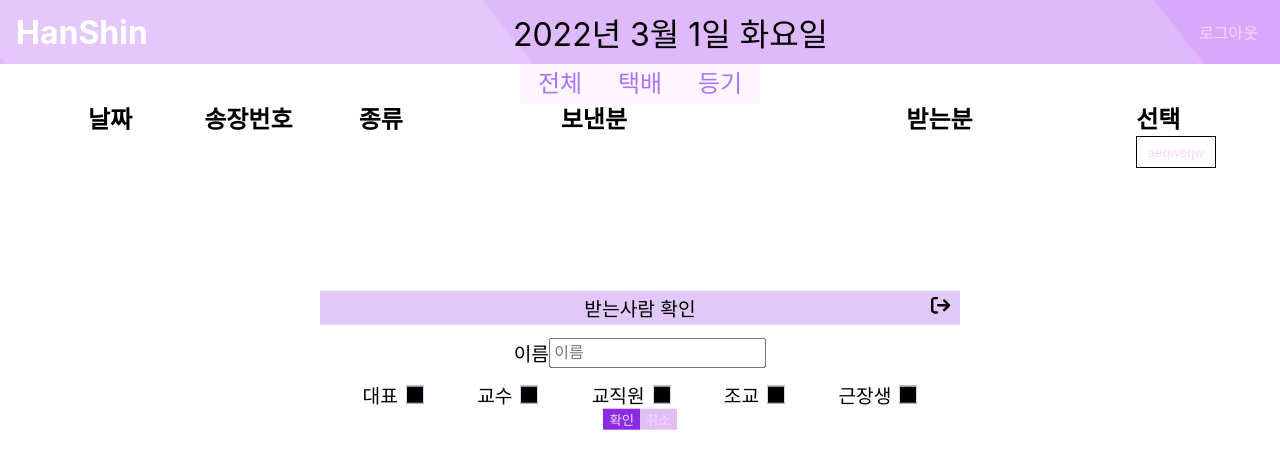
Repository: SeungYn/hanshinClient
Page: /, after clicking the first element matching `button.package_d2e76_submitBtn`
These files come from the project's save history. The page is drawn as it stood at one moment and after the next save; the edit follows.
The browser window is 1280 px wide. The pictures show the whole page.
The page's requests for data from a server got no answer. The project was rebuilt for these pictures with package versions that can differ from the ones it lists, and the page was loaded fresh each time. No one was signed in, and anything a server would have sent is missing. Also part of the build but not shown: src/App.css, src/components/item/item.jsx, src/components/addboxs/addBoxs.jsx.

Above is the page before, as saved 2022-03-01 02:29:59.

### public/index.html
<!DOCTYPE html>
<html lang="en">
  <head>
    <meta charset="utf-8" />
    <link rel="icon" href="%PUBLIC_URL%/favicon.ico" />
    <meta name="viewport" content="width=device-width, initial-scale=1" />
    <meta name="theme-color" content="#000000" />
    <meta
      name="description"
      content="Web site created using create-react-app"
    />
  </head>
  <body>
    <div id="root"></div>
  </body>
</html>

### src/index.css
html {
  height: 100%;
}
body {
  margin: 0;
  font-family: -apple-system, BlinkMacSystemFont, 'Segoe UI', 'Roboto', 'Oxygen',
    'Ubuntu', 'Cantarell', 'Fira Sans', 'Droid Sans', 'Helvetica Neue',
    sans-serif;
  -webkit-font-smoothing: antialiased;
  -moz-osx-font-smoothing: grayscale;
  height: 100%;
}
h1 {
  margin: 0;
}
code {
  font-family: source-code-pro, Menlo, Monaco, Consolas, 'Courier New',
    monospace;
}

* {
  box-sizing: border-box;
}
p,
h2 {
  margin: 0;
  padding: 0;
}

ul {
  list-style: none;
  margin: 0;
  padding: 0;
}

### src/App.jsx
import './App.css';
import Header from './components/header/header';
import Package from './components/package/package';
import { Route, Routes } from 'react-router-dom';
import AddBoxs from './components/addboxs/addBoxs';
function App() {
  return (
    <div className='app'>
      <Header />
      <Routes>
        <Route exact path='/' element={<Package />} />
        <Route exact path='/add' element={<AddBoxs />} />
      </Routes>
    </div>
  );
}

export default App;

### src/components/header/header.jsx
import React, { useEffect, useState } from 'react';
import styles from './header.module.css';

const Header = (props) => {
  const [date, setDate] = useState(new Date());
  const [month, setMonth] = useState('');
  const [year, setYear] = useState('');
  const [day, setDay] = useState('');
  const [dates, setDates] = useState('');

  useEffect(() => {
    setMonth(date.getMonth() + 1);
    switch (date.getDay()) {
      case 0:
        setDay('일');
        break;
      case 1:
        setDay('월');
        break;
      case 2:
        setDay('화');
        break;
      case 3:
        setDay('수');
        break;
      case 4:
        setDay('목');
        break;
      case 5:
        setDay('금');
        break;
      case 6:
        setDay('토');
        break;
    }
    setYear(date.getFullYear());
    setDates(date.getDate());
  }, [date, month, year, dates, day]);

  return (
    <header className={styles.headers}>
      <h1 className={styles.title}>HanShin</h1>
      <p
        className={styles.day}
      >{`${year}년 ${month}월 ${dates}일 ${day}요일`}</p>
      <nav className={styles.menu}>
        <button className={styles.menu__item}>로그아웃</button>
      </nav>
    </header>
  );
};

export default Header;

### src/components/package/package.jsx
import React, { useEffect, useState } from 'react';
import Item from '../item/item';
import ReceiverInput from '../receiverInput/receiverInput';
import styles from './package.module.css';

const Package = (props) => {
  const [item, setItem] = useState([]);

  const [selectedPackages, setSelectedPackages] = useState([]);
  const [receiverInputActivate, setReceiverInputActivate] = useState(false);

  const addList = (box) => {
    //축약 : setSelectedPackages([...selectedPackages, box]);
    const list = [...selectedPackages, box];
    setSelectedPackages(list);
  };

  const removeList = (box) => {
    const list = selectedPackages.filter((item) => {
      if (item.boxId !== box.boxId) {
        return item;
      }
    });

    setSelectedPackages(list);
  };

  const onSubmit = () => {
    console.log(selectedPackages);
    setReceiverInputActivate(true);
  };

  useEffect(() => {
    fetch('http://localhost:8080/packages/') //
      .then((data) => data.json())
      .then((data) => setItem(data));
  }, []);

  return (
    <div className={styles.package}>
      <nav className={styles.navbar}>
        <div className={styles.navbar__item}>전체</div>
        <div className={styles.navbar__item}>택배</div>
        <div className={styles.navbar__item}>등기</div>
      </nav>

      <section className={styles.contents}>
        <ul className={styles.itemList}>
          <li className={styles.items}>
            <h2 className={styles.item}>날짜</h2>
            <h2 className={styles.item}>송장번호</h2>
            <h2 className={styles.item}>종류</h2>
            <h2 className={styles.item}>보낸분</h2>
            <h2 className={styles.item}>받는분</h2>
            <h2 className={styles.item}>선택</h2>
          </li>
          {item.map((box) => (
            <Item
              key={box.boxId}
              item={box}
              addList={addList}
              removeList={removeList}
            />
          ))}
        </ul>
      </section>
      <button className={styles.submitBtn} onClick={onSubmit}>
        aeqweqw
      </button>
      {receiverInputActivate ? (
        <ReceiverInput selectedPackages={selectedPackages} />
      ) : (
        ''
      )}
    </div>
  );
};

export default Package;

### src/components/header/header.module.css
.headers {
  background: no-repeat url('./backimg.png');
  background-size: cover;
  height: 4rem;
  display: flex;
  justify-content: space-between;
  align-items: center;
  padding: 0.1rem 1rem;
}

.title {
  color: white;
}
.day {
  font-size: 2rem;
}
.menu__item {
  border: 0;
  background: none;
  font-size: 1rem;
}

### src/components/receiverInput/receiverInput.jsx
import React from 'react';
import styles from './receiverInput.module.css';
import { FontAwesomeIcon } from '@fortawesome/react-fontawesome';
import { faArrowRightFromBracket } from '@fortawesome/free-solid-svg-icons';

const ReceiverInput = ({ selectedPackages }) => {
  console.log(selectedPackages);
  return (
    <form className={styles.receiverForm}>
      <header className={styles.receiverForm__header}>
        <p className={styles.reveiverForm__header__title}>받는사람 확인</p>
        <p className={styles.reveiverForm__header__exit}>
          <FontAwesomeIcon icon={faArrowRightFromBracket}></FontAwesomeIcon>
        </p>
      </header>
      <section className={styles.receiverForm__body}>
        <div className={styles.name__group}>
          <p className={styles.input__title}>이름</p>
          <input type='text' placeholder='이름' />
        </div>
        <ul className={styles.radio__group}>
          <li className={styles.radio__label__group}>
            <label htmlFor='대표' className={styles.radio__label}>
              대표
              <span className={styles.checkedBox}></span>
            </label>
            <input type='radio' id='대표' name='position' value='대표' />
          </li>

          <li className={styles.radio__label__group}>
            <input type='radio' id='교수' name='position' value='교수' />
            <label htmlFor='교수' className={styles.radio__label}>
              교수
            </label>
          </li>

          <li className={styles.radio__label__group}>
            <label htmlFor='교직원' className={styles.radio__label}>
              교직원
            </label>
            <input type='radio' id='교직원' name='position' value='교직원' />
          </li>

          <li className={styles.radio__label__group}>
            <label htmlFor='조교' className={styles.radio__label}>
              조교
            </label>
            <input type='radio' id='조교' name='position' value='조교' />
          </li>

          <li className={styles.radio__label__group}>
            <label htmlFor='근장생' className={styles.radio__label}>
              근장생
            </label>
            <input type='radio' id='근장생' name='position' value='근장생' />
          </li>
        </ul>

        <ul className={styles.packageList}>
          {selectedPackages.map((item) => (
            <li key={item.boxId}>
              <span>{item.date}</span>
              <span>{item.boxId}</span>
              <span>{item.kind}</span>
              <span>{item.sender}</span>
              <span>{item.receiver}</span>
            </li>
          ))}
        </ul>
      </section>
      <div className={styles.receiverForm__Footer}>
        <button
          type='button'
          className={`${styles.receiverBtn} ${styles.check}`}
        >
          확인
        </button>
        <button
          type='button'
          className={`${styles.receiverBtn} ${styles.cancel}`}
        >
          취소
        </button>
      </div>
    </form>
  );
};

export default ReceiverInput;

### src/components/package/package.module.css
.package {
  width: 100%;
  height: 100%;
  display: flex;
  flex-direction: column;
  align-items: center;
}

.navbar {
  display: flex;
  justify-content: center;
  color: #ab74f7;
  width: 100%;
}

.navbar__item {
  text-align: center;
  line-height: 1.5rem;
  font-size: 1.5rem;
  flex-basis: 5rem;
  background-color: #fef6ff;
  padding: 0.5rem;
}

.navbar__item:hover {
  background-color: #ab74f7;
  color: #fef6ff;
  cursor: pointer;
}

.itemList {
  height: 100%;
  display: grid;
  grid-auto-rows: minmax(2rem, auto);
}

.items {
  display: grid;
  grid-template-columns: 8% 16% 7% 30% 30% 8%;
  height: 2rem;
}

h2 {
  text-align: center;
  line-height: 2rem;
}

.contents {
  width: 90%;
}

.submitBtn {
  align-self: flex-end;
  margin-right: 5%;
  border: 1px solid black;
  height: 2rem;
  width: 5rem;
}

.submitBtn:hover {
  cursor: pointer;
}

### src/components/addboxs/addBoxs.module.css
input:focus {
  outline: none;
}

.addContainer {
  width: 100%;
  height: 100%;
  display: flex;
  flex-direction: column;
  align-items: center;
}

.addFormHeader {
  width: 100%;
  display: grid;
  grid-template-columns: 8% 12% 4% 24% 24% 10% 7% 7% 2%;
  justify-content: center;
  color: #8541f6;
  column-gap: 0.2rem;
}

.item {
  font-size: 1rem;
}

.addForm {
  width: 100%;
  height: 100%;
  padding: 1rem;
}
/* 8% 10% 5% 27% 27% 8% 7% 7%; */
.items {
  display: grid;
  grid-template-columns: 8% 12% 4% 24% 24% 10% 7% 7% 2%;
  align-items: center;
  column-gap: 0.2rem;
  margin-top: 0.5rem;
}
.minus {
  padding: 0;
}

input[type='text'] {
  height: 1.8rem;
  font-size: 1rem;
  padding: 0.8rem 0.2rem;
}

.countText {
  border: 1px solid #8541f6;
}

button {
  background-color: transparent;
  border: none;
  color: #f8d5fd;
}
.bottom {
  height: 100%;
  width: 100%;
  display: flex;
  justify-content: space-between;
  padding: 0 1rem;
}
.bottomBtn {
  display: flex;
}

.bottom::before {
  content: '.';
  color: transparent;
}

.addBtn:hover {
  cursor: pointer;
  color: #e5a3ff;
}

.sendBtn {
  font-size: 1rem;
}

.test {
  width: 112px;
}

### src/components/item/item.module.css
.items {
  display: grid;
  grid-template-columns: 8% 17% 7% 30% 30% 8%;
  align-items: center;
  border: 1px solid black;
}

.items p:not(:last-child) {
  border-right: 1px solid black;
  height: 100%;
  display: flex;
  align-items: center;
  justify-content: center;
}

.items:hover {
  background-color: #fef6ff;
}

p {
  /* 크기를 넘기면 자동으로 줄바꿈 */
  text-align: center;
  overflow-wrap: break-word;
  font-size: 1.2rem;
}

.selectBtn {
  color: white;
  background-color: #ab74f7;
  width: 100%;
  height: 100%;
}

.selected {
  background-color: black;
}

.unSelected {
  background-color: #ab74f7;
}

.selectBtn:hover {
  cursor: pointer;
}

### src/components/receiverInput/receiverInput.module.css
.receiverForm {
  /* #e0c9f7 */
  background-color: white;
  width: 50%;
  position: fixed;
  top: 50%;
  left: 50%;
  transform: translate(-50%, -50%);
  display: flex;
  flex-direction: column;
  align-items: center;
}

.receiverForm__header {
  background-color: #e0c9f7;
  position: relative;
  display: flex;
  justify-content: center;
  padding: 0.2rem 0;
  width: 100%;
}

.reveiverForm__header__exit {
  position: absolute;
  right: 10px;
}

.receiverForm__body {
  padding: 0px 1rem;
  width: 100%;
  display: flex;
  flex-direction: column;
  align-items: center;
}

.radio__group {
  display: flex;
  font-size: 1.2rem;
  justify-content: space-around;
  width: 100%;
  margin-top: 0.8rem;
  align-items: center;
}

input[type='radio'] {
  display: none;
}

.radio__label:after {
  margin-left: 0.5rem;
  content: ' ';
  display: block;
  width: 1rem;
  height: 1rem;
  background-color: black;
  border: 1px solid #e0c9f7;
}

.checkedBox {
  content: '123';
}

input[type='radio']:checked + .radio__label::after {
  background-color: aqua;
}

.radio__label {
  display: flex;
  align-items: center;
}

.name__group {
  display: flex;
  margin-top: 0.8rem;
  align-items: center;
}

.packageList {
  width: 90%;
  background-color: white;
  max-height: 50%;
  overflow: scroll;
}

.check {
  background-color: blueviolet;
}

.cancel {
  background-color: #e0bff7;
}

Loaded but not shown: src/index.js (common file)

After the next save:
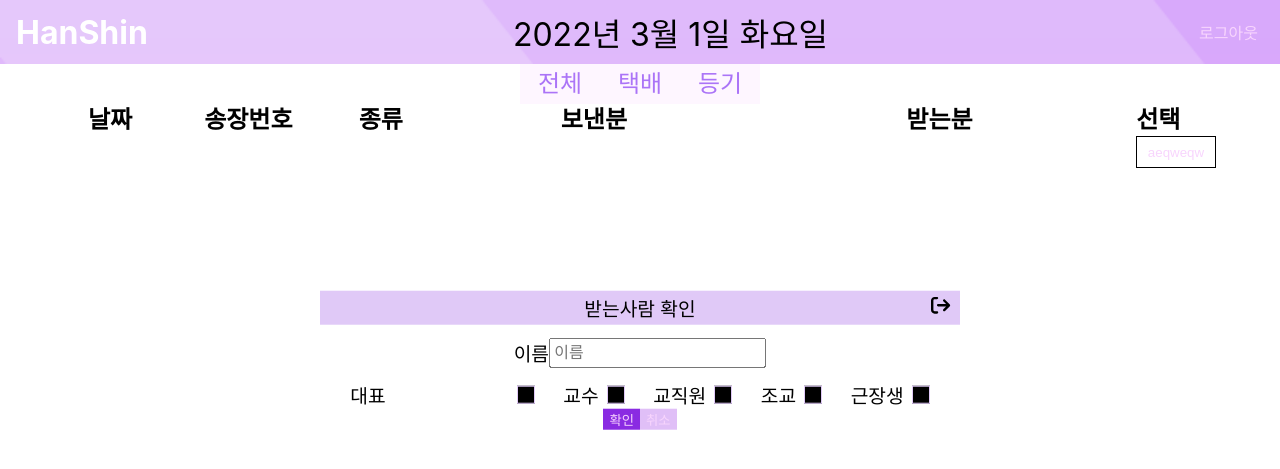
Saved 18 s later.
--- a/src/components/receiverInput/receiverInput.module.css
+++ b/src/components/receiverInput/receiverInput.module.css
@@ -58,6 +58,7 @@ input[type='radio'] {
 
 .checkedBox {
   content: '123';
+  width: 123px;
 }
 
 input[type='radio']:checked + .radio__label::after {
